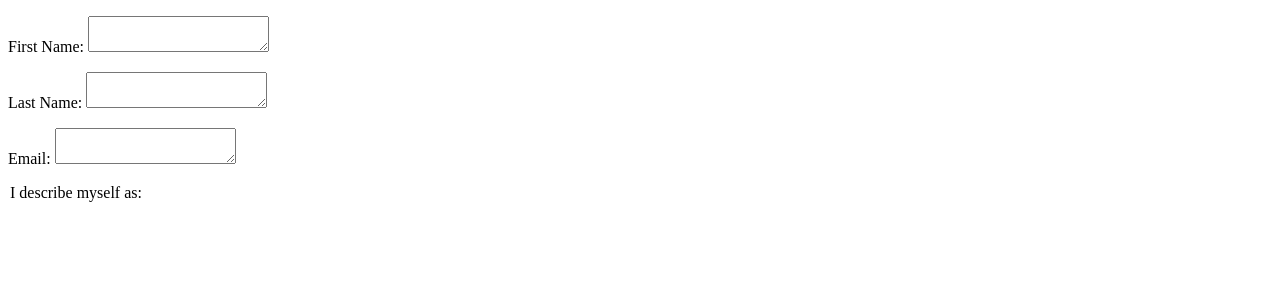
Repository: qtran3/itec4550
Page: MashleverWebpages/Profile.html
An editor plug-in stored every save of this project. The page is shown before and after the next save, followed by the edit.
The browser window is 1280 px wide. The pictures show the whole page.

Above is the page before, as saved 2016-05-31 16:21:05.

After the next save:
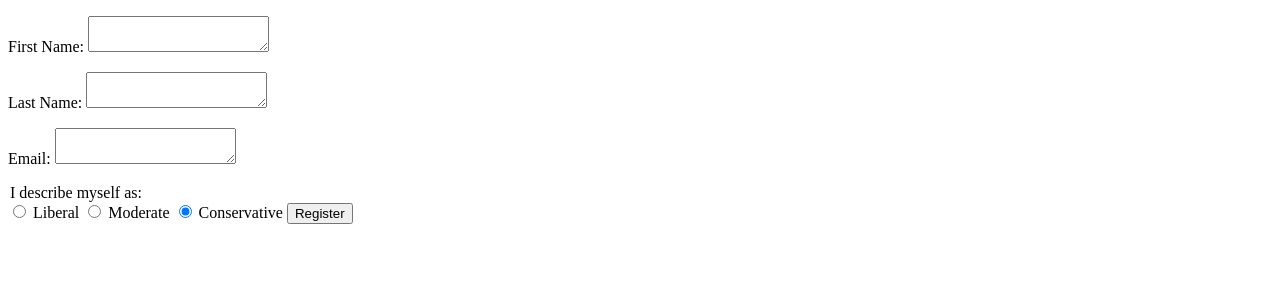
Saved 5 min 0 s later.
--- a/MashleverWebpages/Profile.html
+++ b/MashleverWebpages/Profile.html
@@ -18,6 +18,14 @@
 		<p>
 			<legend>I describe myself as: </legend>
 
+			<input type="radio" name="radio-choice" id="optLiberal" value="choice-1" checked="checked" />
+     		<label for="radio-choice-1">Liberal</label>
+			<input type="radio" name="radio-choice" id="optModerate" value="choice-2" checked="checked" />
+     		<label for="radio-choice-2">Moderate</label>
+			<input type="radio" name="radio-choice" id="optConservative" value="choice-3" checked="checked" />
+     		<label for="radio-choice-3">Conservative</label>
+
+     		<button id="regButton">Register</button>
 		</p>
 
 	</body>
